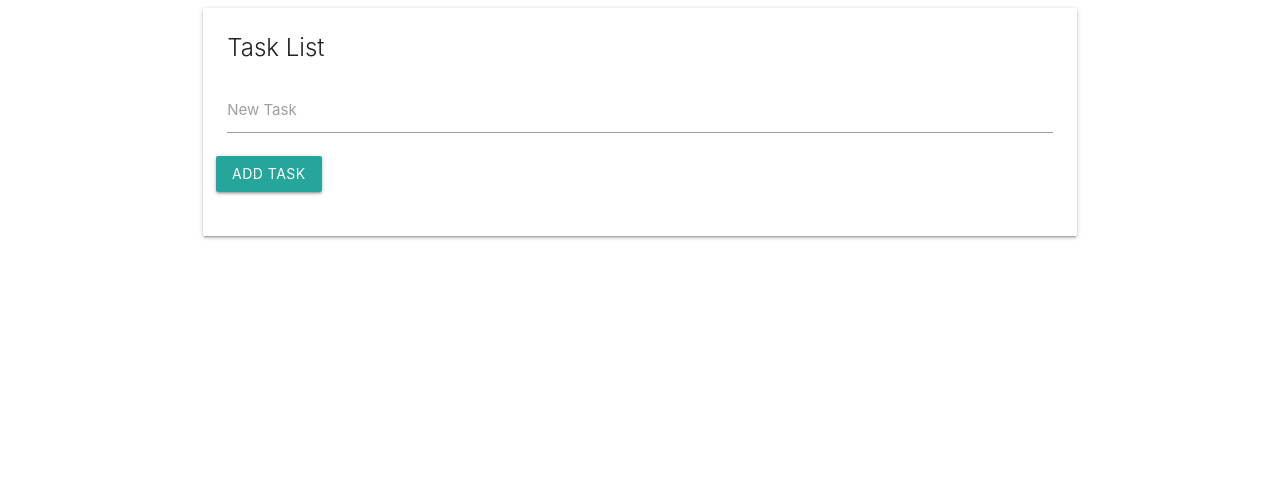
Repository: kartikkher/task-list
Page: index.html
These files come from the project's save history. The page is drawn as it stood at one moment and after the next save; the edit follows.
The browser window is 1280 px wide. The pictures show the whole page.

Above is the page before, as saved 2020-05-24 11:41:19.

### index.html
<!DOCTYPE html>
<html lang="en">
  <head>
    <meta charset="UTF-8" />
    <meta name="viewport" content="width=device-width, initial-scale=1.0" />
    <link
      rel="stylesheet"
      href="https://cdnjs.cloudflare.com/ajax/libs/materialize/1.0.0/css/materialize.min.css"
    />
    <link
      href="https://stackpath.bootstrapcdn.com/font-awesome/4.7.0/css/font-awesome.min.css"
      rel="stylesheet"
      integrity="sha384-wvfXpqpZZVQGK6TAh5PVlGOfQNHSoD2xbE+QkPxCAFlNEevoEH3Sl0sibVcOQVnN"
      crossorigin="anonymous"
    />
    <title>Task List</title>
  </head>
  <body>
    <div class="container">
      <div class="row">
        <div class="col s12">
          <div id="main" class="card">
            <div class="card-content">
              <span class="card-title">Task List</span>
              <div class="row">
                <form id="task-form">
                  <div class="input-field col s12">
                    <input type="text" name="task" id="task" />
                    <label for="task">New Task</label>
                  </div>
                  <input type="submit" value="Add Task" class="btn" />
                </form>
              </div>
            </div>
          </div>
        </div>
      </div>
    </div>
    <script
      src="https://code.jquery.com/jquery-3.5.1.js"
      integrity="sha256-QWo7LDvxbWT2tbbQ97B53yJnYU3WhH/C8ycbRAkjPDc="
      crossorigin="anonymous"
    ></script>
    <script src="https://cdnjs.cloudflare.com/ajax/libs/materialize/1.0.0/js/materialize.min.js"></script>
    <script src="app.js"></script>
  </body>
</html>

Loaded but not shown: app.js (no copy from this time; the picture is the same without it)

After the next save:
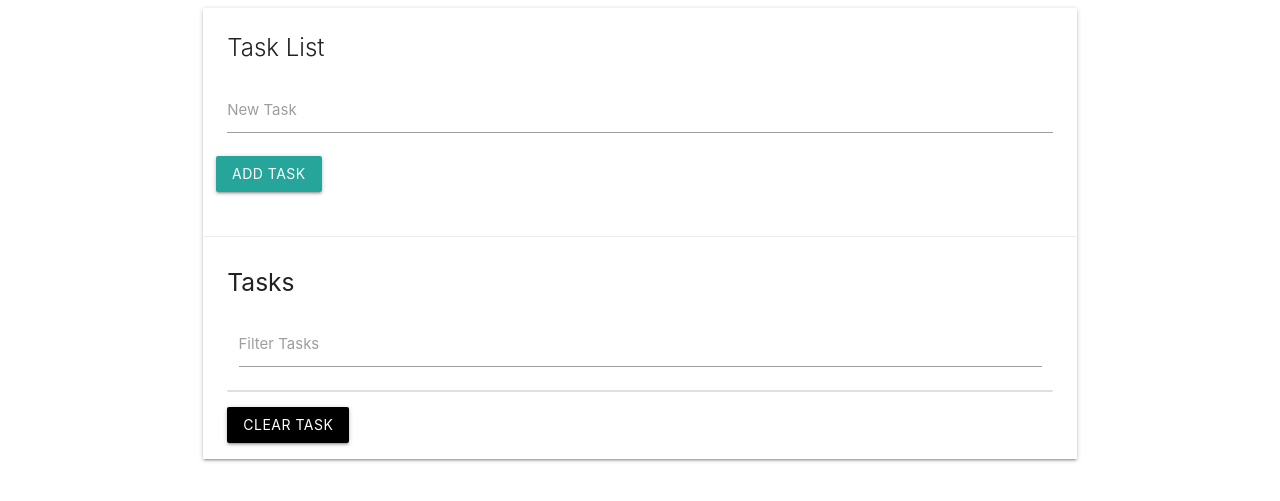
Saved 2 min 36 s later.
--- a/index.html
+++ b/index.html
@@ -32,6 +32,15 @@
                 </form>
               </div>
             </div>
+            <div class="card-action">
+              <h5 id="task-title">Tasks</h5>
+              <div class="input-field col s12">
+                <input type="text" name="filter" id="filter" />
+                <label for="filter">Filter Tasks</label>
+              </div>
+              <ul class="collection"></ul>
+              <a href="#" class="clear-tasks btn black">Clear Task</a>
+            </div>
           </div>
         </div>
       </div>
